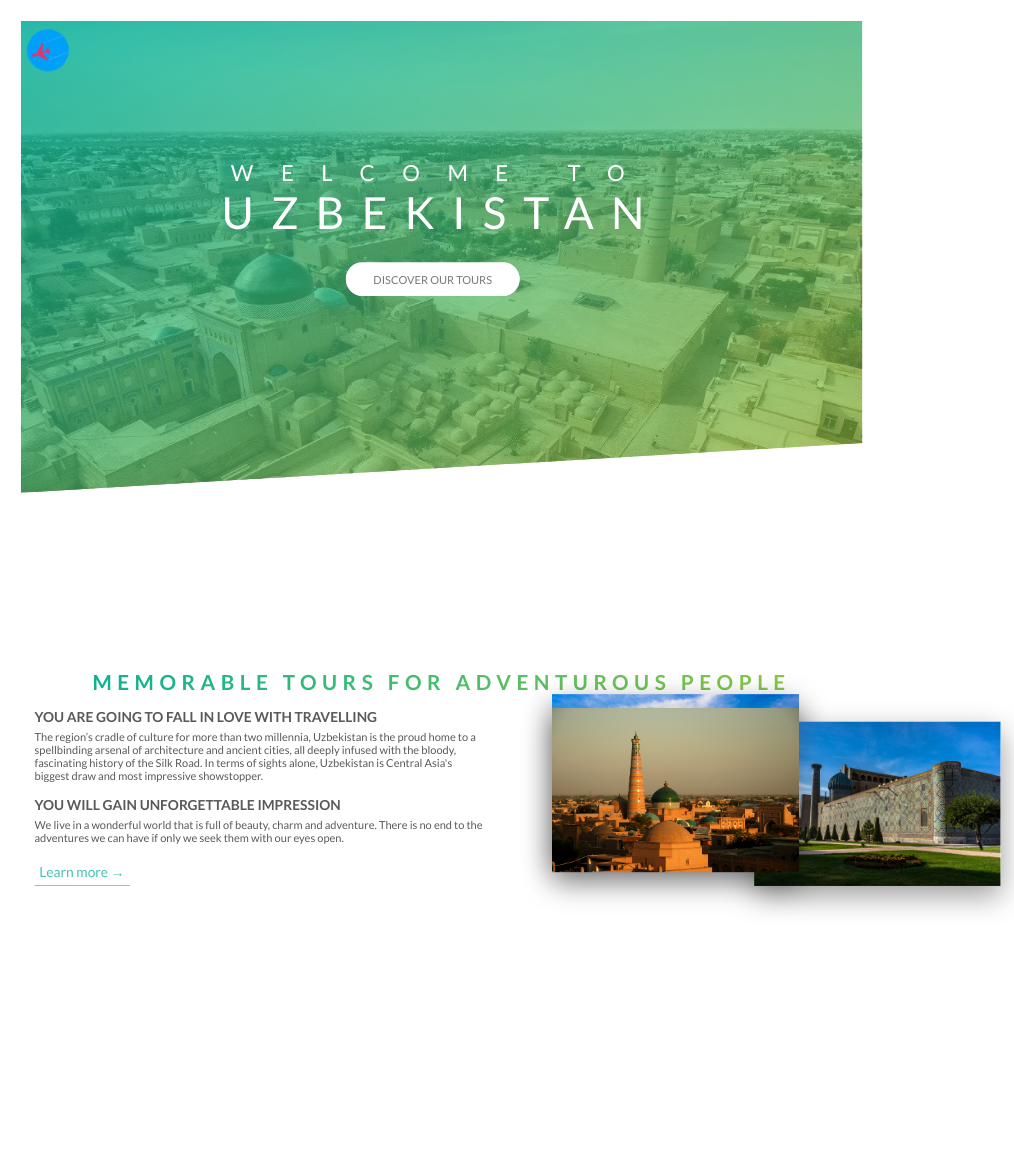
Repository: bmbrdr/UzTours
Page: index.html
These files come from the project's save history. The page is drawn as it stood at one moment and after the next save; the edit follows.
The browser window is 1280 px wide. The page is 1470 px wide, so the pictures cover 1470 px, including what lies to the right of the window. The pictures show the whole page, at 69% of full size.
The style sheet was rebuilt from its Sass, Less or Tailwind sources for each picture, by a compiler version that may differ from the author's.

Above is the page before, as saved 2021-08-09 14:55:08.

### index.html
<!DOCTYPE html>
<html lang="en">
<head>
    <meta charset="UTF-8">
    <meta http-equiv="X-UA-Compatible" content="IE=edge">
    <meta name="viewport" content="width=device-width, initial-scale=1.0">
    <link rel="stylesheet" href="style/style.css">
    <link rel="preconnect" href="https://fonts.googleapis.com">
<link rel="preconnect" href="https://fonts.gstatic.com" crossorigin>
<link href="https://fonts.googleapis.com/css2?family=Lato:ital,wght@0,300;0,400;0,700;1,300;1,400;1,700&        display=swap" rel="stylesheet">
    <title>Uztours</title>
</head>

<body>
    <header class="heading">
    <div class="header__logo-box">
        <a href="index.html">
            <img src="style/logo.png" alt="The logo" class="header__logo" style="animation:cubic-bezier(0.6, 0.04, 0.98, 0.335);">
        </a>
    </div>
    <div class="header__text-box">
        <h1 class="heading-primary">
        <span class="heading-primary--main">Welcome to</span>
        <span class="heading-primary--sub">Uzbekistan</span>
        </h1>
        <a href="#" class="btn btn--white btn--animated pos-btn">Discover our tours </a>
    </div>
    </header>
    <section class="section-about">
        <div class="u-text-center u-text-up">
            <h2 class="heading-secondary">
                memorable tours for adventurous people
            </h2>
        </div>
        <div class="row">
            <div class="col-1-of-2">
                <h3 class="heading-tertiary u-text-up u-margin-bot-small">you are going to fall in love with travelling</h3>
                <p class="paragraph u-margin-bot-mid">The region’s cradle of culture for more than two millennia, Uzbekistan is the proud home to a spellbinding arsenal of architecture and ancient cities, all deeply infused with the bloody, fascinating history of the Silk Road. In terms of sights alone, Uzbekistan is Central Asia's biggest draw and most impressive showstopper.</p>
                <h3 class="heading-tertiary u-text-up u-margin-bot-small">you will gain unforgettable impression</h3>
                <p class="paragraph u-margin-bot-mid">We live in a wonderful world that is full of beauty, charm and adventure. There is no end to the adventures we can have if only we seek them with our eyes open.</p>
                <a href="#" class="btn-text u-text-size">Learn more &rarr;</a>
            </div>
            <div class="col-1-of-2">
                <div class="composition">
                    <img src="style/Amir-Temur-Mosque.jpg" alt="" class="composition__photo composition__photo--1">
                    <img src="style/Samarkand-Walls.jpg" alt="" class="composition__photo composition__photo--2">
                    <img src="style/photo.jpg" alt="" class="composition__photo composition__photo--3">
                </div>

            </div>
        </div>
    </section>













   <!-- <section class="test-grid, u-text-about">
        <div class="row">
            <div class="col-1-of-2">Colum 1</div>
            <div class="col-1-of-2">Colum 1</div>
        </div>
        <div class="row">
            <div class="col-1-of-3">Colum 2</div>
            <div class="col-1-of-3">Colum 2</div>
            <div class="col-1-of-3">Colum 2</div>
        </div>
        <div class="row">
            <div class="col-1-of-3">Colum 3</div>
            <div class="col-2-of-3">Colum 3</div>
        </div>
        <div class="row">
            <div class="col-1-of-4">Colum 4</div>
            <div class="col-1-of-4">Colum 4</div>
            <div class="col-1-of-4">Colum 4</div>
            <div class="col-1-of-4">Colum 4</div>
        </div>
        <div class="row">
            <div class="col-1-of-4">Colum 5</div>
            <div class="col-1-of-4">Colum 5</div>
            <div class="col-2-of-4">Colum 5</div>
        </div>
        <div class="row">
            <div class="col-1-of-4">Colum 6</div>
            <div class="col-3-of-4">Colum 6</div>
        </div>
    </section> -->
</body>
</html>

### style/style.scss

@import 'abstracts/variables';
@import 'abstracts/mixins';
@import 'abstracts/functions';
@import 'abstracts/extends';

@import 'base/base';
@import 'base/typography';
@import 'base/animations';
@import 'base/utility';

@import 'layout/header';
@import 'layout/grid';

@import 'components/buttons';
@import 'components/images';

@import 'pages/page';

@import 'utility/utility';

### style/abstracts/_variables.scss
$color-primary: #fefaa9;
$color-primary-light: #00b09bbe;
$color-primary-dark: #96c93dc0;
$color-white: #fff;
$color-sunset-gray: #fff;
$color-dark-grey: #777;
$color-black: #000;
$color-orange: rgb(252, 155, 28);
$grid-width: 144rem;
$vertical-gutter:8rem;
$horizontal-gutter:6rem;

### style/abstracts/_mixins.scss
@mixin clearfix {
    &::after{
        content: "";
        clear: both;
        display: table-co;
    }
}

### style/abstracts/_functions.scss
// some of them

### style/abstracts/_extends.scss
%btn_focus{
    outline: none;
    transform: translateY(-.1rem);
    box-shadow: rgba($color-black, 0.2) 0 0.5rem 1rem;
}
%btn{
    text-decoration: none;
    display: inline-block;
    padding: 1.5rem 4rem;
    border-radius: 10rem;
    text-transform: uppercase;
    transition: all .2s;
    position:absolute;
    top: 15rem;
    left:18rem;
    border: none;
    cursor: pointer;
}

### style/base/_base.scss
*{
    margin: 0;
    padding: 0;
    box-sizing: border-box;}

html{
    font-size: 62.5%;}

body{
    font-family: 'Lato', sans-serif;
    font-size: 1.6rem;
    padding: 3rem;}

### style/base/_typography.scss
.heading-primary{
    &--main {
        display: block;
        font-size: 100%;
        font-weight: 400;
        letter-spacing: 4rem;
        animation: MoveInLeft 2s;
    }
    &--sub {
        display: block;
        font-size: 200%;
        font-weight: 400;
        letter-spacing: 2.5rem;
        animation: MoveInRight 2s;}
}
.heading-secondary{
    letter-spacing: .8rem;
    font-weight: 800;
    font-size: 3rem;
    background-clip: text;
    -webkit-background-clip: text;
    color:transparent;
    background-image:linear-gradient(to right,
    rgba($color-primary-light, 1),
    rgba($color-primary-dark, 1));

    transition:all 1s;

    &:hover{
        transform:skewX(10deg) skewY(2deg) scale(1.5);
       }

}
.heading-tertiary{
    font-weight: 600;
    font-size: 2rem;
}

.heading-tertiary, .paragraph{
    color: #595959;
}

### style/base/_animations.scss
        @keyframes MoveInLeft {
            0% {
                opacity: 0;
                transform: translate(-10rem) rotateX(120deg);
        }

            80%{
                transform: translate(1rem);
            }
            100% {
            opacity: 1;
            transform: translate(0);
        }
        }


        @keyframes MoveInRight {
            0%{
                opacity: 0;
                transform: translate(10rem) rotateX(-120deg);
            }
            80% {
                transform: translate(-1rem);
            }
            100%{
                opacity: 1;
                transform: translate(0);
            }

        }



        @keyframes MoveInBot {
            0%{
                opacity: 0;
                transform: translateY(5rem)
            }
            100%{
                opacity: 1;
                transform: translateY(0);
            }

        }



         @keyframes ForLogo{
            0%{
                transform: rotate(0deg)
                    }
            100%{
                transform: rotate(360deg)
            }
         }

### style/base/_utility.scss
.u-text-center{
    text-align:center;
}
.u-text-up{
    text-transform: uppercase;
}
.u-margin-bot-big{
    margin-bottom: 8rem;
}
.u-margin-bot-mid{
    margin-bottom: 2rem;
}
.u-margin-bot-small{
    margin-bottom: .8rem;
}
.u-text-size{
    font-size: 2rem;
}

### style/layout/_header.scss

.heading{
    height: 95vh;
    background-image:linear-gradient(to right bottom,
    rgba($color-primary-light, 0.8),
    rgba($color-primary-dark, 0.6)),
     url(background.jpg);
    background-size: cover;
    background-position: top;
    clip-path: polygon(0 0, 100% 0, 100% 85vh, 0 100%);

    &-primary {
        text-transform: uppercase;
        color: $color-white; }}

    .header{

    &__text-box {
            position: absolute;
            top: 40%;
            left: 50%;
            transform: translate(-50%, -50%);
            text-align: center}

    &__logo-box {
        position: absolute;
        top: 4rem;
        left: 4rem;
        animation: ForLogo 1.5s infinite;}

    &__logo {
        height: 6rem;
        width: 6rem;}}

### style/layout/_grid.scss
.row{
    width: $grid-width;
    // background-color: #eee;
    margin: 0 auto;

   &:not(:last-child){
     margin-bottom: $vertical-gutter;

    }
    @include clearfix;}



  [class^=col-]{
    float:left;
    // background-color: $color-orange;
    padding: 2rem;
    &:not(:last-child){
      margin-right: $horizontal-gutter;
    }

  }
  .col-1-of-2{
    width: calc( (100% - #{$horizontal-gutter}) / 2);
  }
  .col-1-of-3{
    width: calc( (100% - 2 * #{$horizontal-gutter}) / 3);
  }
  .col-2-of-3{
    width: calc(2 * ( (100% - 2 * #{$horizontal-gutter}) / 3) + #{$horizontal-gutter});
  }
  .col-1-of-4{
    width: calc( (100% - 3 * #{$horizontal-gutter}) / 4);
  }
  .col-2-of-4{
    width: calc(2 * ( (100% - 3 * #{$horizontal-gutter}) / 4) + #{$horizontal-gutter});
    }
  .col-3-of-4{
    width: calc(3 * ( (100% - 3 * #{$horizontal-gutter}) / 4) + 2 * #{$horizontal-gutter});
  }

### style/components/_buttons.scss
.btn{
    &:link, &:visited{
        text-decoration: none;
        display: inline-block;
        padding: 1.5rem 4rem;
        border-radius: 10rem;
        text-transform: uppercase;
        transition: all .2s;
        position:absolute;
        top: 15rem;
        left:18rem;
        border: none;
        cursor: pointer;
    }

    &--animated {
    animation: MoveInBot .5s ease-out .75s;
    animation-fill-mode: backwards; }

    &--white {
    color: #777;
    background-color: $color-white;

    &::after {
        background-color: $color-white; }}




  &:hover {
    transform: translateY(-.3rem);
    box-shadow: rgba($color-black, 0.2) 0 1rem 2rem;

    &::after {
        transform: scaleX(1.4) scaleY(1.6);
        opacity: 0; }}


  &:active, &:focus {
      outline: none;
      transform: translateY(-.1rem);
      box-shadow: rgba($color-black, 0.2) 0 0.5rem 1rem;
     }

  &::after {
    content: "";
    height: 100%;
    width: 100%;
    border-radius: 10rem;
    display: inline-block;
    position: absolute;
    top: 0;
    left: 0;
    z-index: -1;
    transition: all .4s; }
  }

.btn-text{
   &:link, &:visited{
    position: absolute; // Warning!! If you forget this command, you won't have transform animations! //
     display: inline;
     text-decoration: none;
     color: $color-primary-light;
     padding: .7rem;
     border-bottom: $color-primary-light solid 1px ;
    transition: all .2s;


   }
 &:hover{
   transform: translateY(-3px);
   background-color: $color-primary-light;
   color:$color-white;
   box-shadow: 0 1rem 2rem rgba(0, 0, 0, 0.2);
 }
&:focus{
  transform: translateY(0);
  box-shadow:  0 .5rem 1rem rgba(0, 0, 0, 0.2);
}
}

### style/components/_images.scss
.composition {
    position: relative;

    &__photo {
      width: 55%;
      box-shadow: 0 1.5rem 4rem rgba(0, 0, 0, 0.4);
      z-index: 10;
      position: absolute;
      outline-offset: 1.2rem;
      transition: all .2s;

    &--1{
      left:0;
      top:-2rem;
    }

    &--2{
      right: 0;
      top: 2rem;
    }
  }
    }

### style/pages/_page.scss
.section-about{
    margin: 25rem auto;
    background-color: $color-sunset-gray;
    padding: 40rem 0;
    margin-top: -20vh;
}

### style/utility/_utility.scss
.u-text-about{
    text-align: center;
}

After the next save:
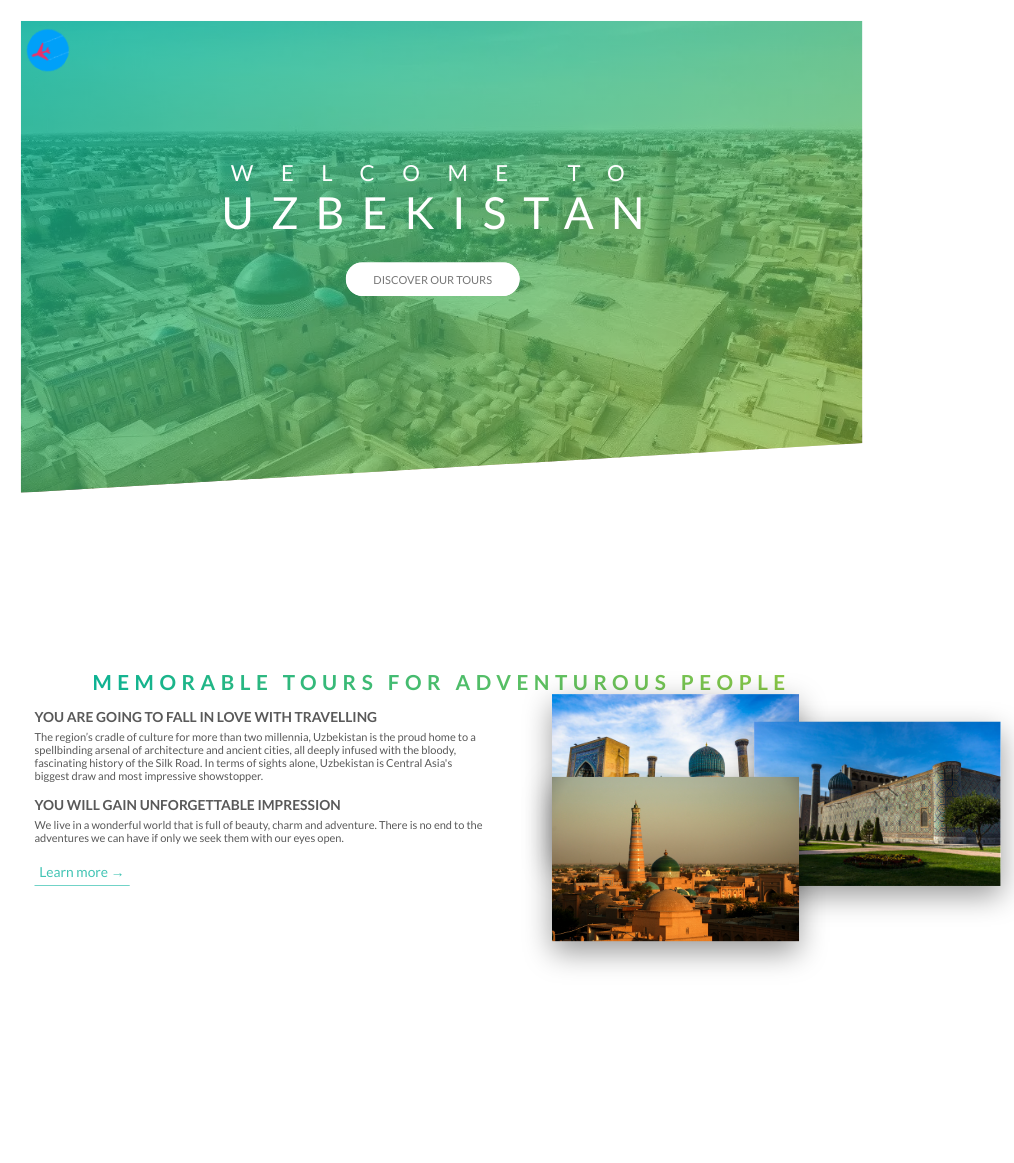
Saved 28 s later.
--- a/style/components/_images.scss
+++ b/style/components/_images.scss
@@ -18,5 +18,9 @@
       right: 0;
       top: 2rem;
     }
+
+    &--3{
+      top:10rem;
+    }
   }
     }
